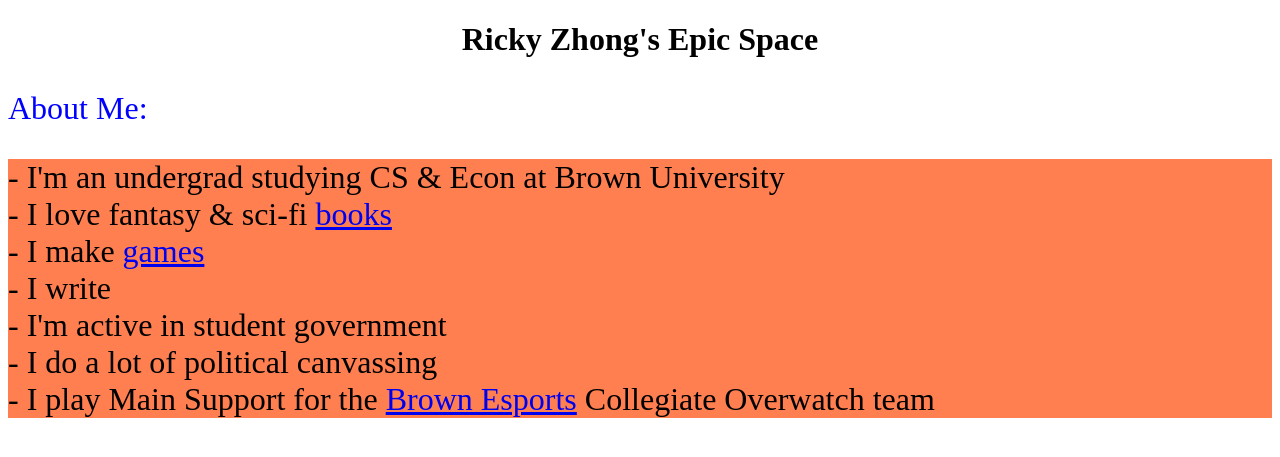
Repository: rickydaricky/rickydaricky.github.io
Page: index.html
These files come from the project's save history. The page is drawn as it stood at one moment and after the next save; the edit follows.
The browser window is 1280 px wide. The pictures show the whole page.

Above is the page before, as saved 2021-11-26 02:38:38.

### index.html
<!DOCTYPE html>

<head>
    <meta charset="UTF-8">
    <meta name="viewport" content="width=device-width, initial-scale=1.0">
    <link rel="stylesheet" href="main.css" type="text/css">
    <title>Homepage</title>
</head>

<html>
  <body>
    <h1 style="text-align: center;">Ricky Zhong's Epic Space</h1>
    <p style="font-size: 200%; color: blue;">About Me:</p>
    <p style="background-color: coral;">
      - I'm an undergrad studying CS & Econ at Brown University
      <br />
      - I love fantasy & sci-fi
      <a href="https://goodreads.com/rickydaricky">books</a>
      <br />
      - I make
      <a href="https://rickydaricky.itch.io/">games</a>
      <br />
      - I write
      <br />
      - I'm active in student government
      <br />
      - I do a lot of political canvassing
      <br />
      - I play Main Support for the
      <a href="https://brownesports.org/">Brown Esports</a>
      Collegiate Overwatch team
    </p>
  </body>
</html>

### main.css
p {
  text-align: justify;
  font-size: 200%;
}

html * {

}

After the next save:
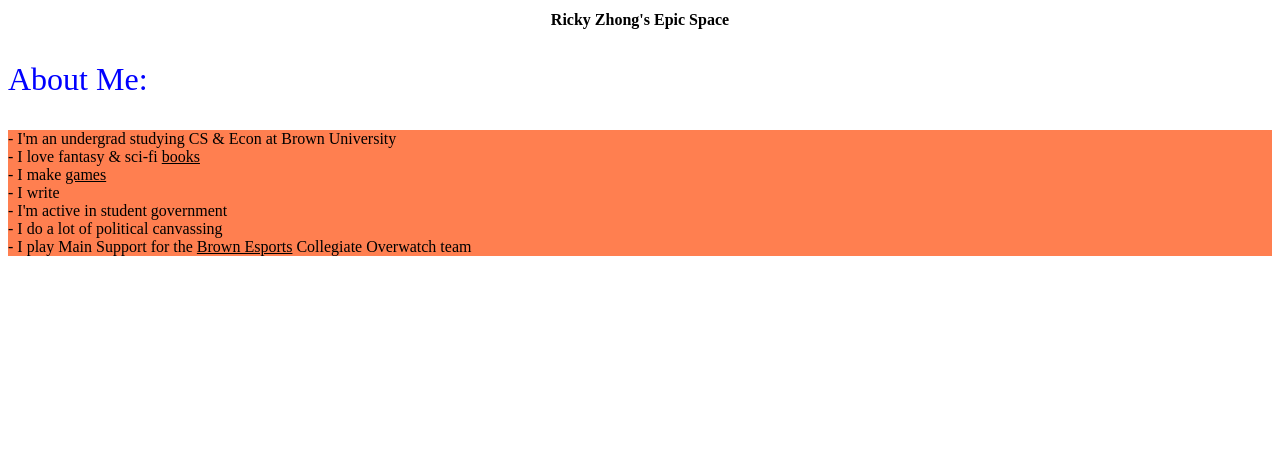
Saved 14 s later.
--- a/main.css
+++ b/main.css
@@ -4,5 +4,6 @@
 }
 
 html * {
-
+    font-size: 16px;
+    color: black;
 }
